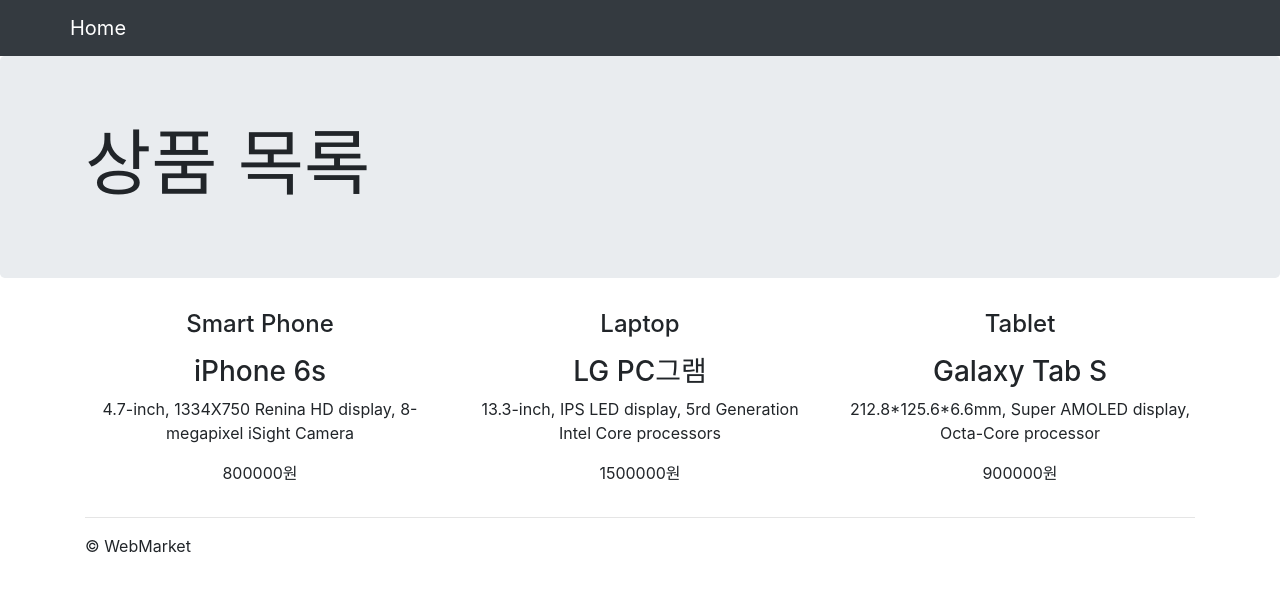
Repository: freedomseok8047/jsp
Page: http://localhost/WebMarket/products.jsp
An editor plug-in stored every save of this project. The page is shown before and after the next save, followed by the edit.
The browser window is 1280 px wide. The pictures show the whole page.
The page is served by Tomcat 9. Other server files are loaded and not shown.

Above is the page before, as saved 2023-08-24 02:34:20.

### WebMarket/src/main/webapp/products.jsp
<%@ page language="java" contentType="text/html; charset=UTF-8"
	pageEncoding="UTF-8"%>
<%@ page import="java.util.ArrayList"%>
<%@ page import="dto.Product"%>
<jsp:useBean id="productDAO" class="dao.ProductRepository"
	scope="session" />
<!DOCTYPE html>
<html>
<head>
<link rel="stylesheet"
	href="https://cdn.jsdelivr.net/npm/bootstrap@4.0.0/dist/css/bootstrap.min.css">
<meta charset="UTF-8">
<title>상품 목록</title>
</head>
<body>
	<jsp:include page="menu.jsp" />
	<div class="jumbotron">
		<div class="container">
			<h1 class="display-3">상품 목록</h1>
		</div>
	</div>
	<%
	ArrayList<Product> listOfProducts = productDAO.getAllProducts();
	%>

	<div class="container">
		<div class="row" align="center">
			<%
			for (int i = 0; i < listOfProducts.size(); i++) {
				Product product = listOfProducts.get(i);
			%>
			<div class="col-md-4">
				<h4><%=product.getCategory()%></h4>
				<p>
				<h3><%=product.getPname()%></h3>
				<p><%=product.getDescription()%>
				<p><%=product.getUnitPrice()%>원
			</div>
			<%
			}
			%>
		</div>
		<hr>
	</div>
	<jsp:include page="footer.jsp" />
</body>
</html>

### WebMarket/src/main/webapp/menu.jsp
<nav class="navbar navbar-expand navbar-dark bg-dark">
		<div class="container">
			<div class=" navbar-header">
				<a class="navbar-brand" href=" ./welcome.jsp">Home</a>
			</div>
		</div>
	</nav>

### WebMarket/src/main/webapp/footer.jsp
<footer class="container">
		<p>&copy; WebMarket</p>
	</footer>

### WebMarket/src/main/java/dao/ProductRepository.java
package dao;

import java.util.ArrayList;
import dto.Product;

public class ProductRepository {
	private ArrayList<Product> listOfProducts = new ArrayList<Product>();

public ProductRepository() {
	Product phone = new Product("P1234", "iPhone 6s" , 800000);
	phone.setDescription("4.7-inch, 1334X750 Renina HD display, 8-megapixel iSight Camera");
	phone.setCategory("Smart Phone");
	phone.setManufacturer("Apple");
	phone.setUnitsInStock(1000);
	phone.setCondition("NEW");

	Product laptop = new Product("P1235", "LG PC그램" , 1500000);
	laptop.setDescription("13.3-inch, IPS LED display, 5rd Generation Intel Core processors");
	laptop.setCategory("Laptop");
	laptop.setManufacturer("LG");
	laptop.setUnitsInStock(1000);
	laptop.setCondition("Refurbished");

	Product tablet = new Product("P1236", "Galaxy Tab S" , 900000);
	tablet.setDescription("212.8*125.6*6.6mm, Super AMOLED display, Octa-Core processor");
	tablet.setCategory("Tablet");
	tablet.setManufacturer("SAMSUNG");
	tablet.setUnitsInStock(1000);
	tablet.setCondition("Old");

	listOfProducts.add(phone);
	listOfProducts.add(laptop);
	listOfProducts.add(tablet);

}
	public ArrayList<Product> getAllProducts(){
		return listOfProducts;
	}

}

### WebMarket/src/main/java/dto/Product.java
package dto;

import java.io.Serializable;

public class Product implements Serializable{

	private static final long serialVersionUID = -4274700572038677000l;

	private String productId;
	private String pname;
	private Integer unitPrice;
	private String description;
	private String manufacturer;
	private String category;
	private long unitsInStock;
	private String condition;

	public Product() {
		super();
	}

	public Product(String productId, String pname, Integer unitPrice) {
		this.productId = productId;
		this.pname = pname;
		this.unitPrice = unitPrice;
	}

	public String getProductId() {
		return productId;
	}

	public void setProductId(String productId) {
		this.productId = productId;
	}

	public String getPname() {
		return pname;
	}

	public void setPname(String pname) {
		this.pname = pname;
	}

	public Integer getUnitPrice() {
		return unitPrice;
	}

	public void setUnitPrice(Integer unitPrice) {
		this.unitPrice = unitPrice;
	}

	public String getDescription() {
		return description;
	}

	public void setDescription(String description) {
		this.description = description;
	}

	public String getManufacturer() {
		return manufacturer;
	}

	public void setManufacturer(String manufacturer) {
		this.manufacturer = manufacturer;
	}

	public String getCategory() {
		return category;
	}

	public void setCategory(String category) {
		this.category = category;
	}

	public long getUnitsInStock() {
		return unitsInStock;
	}

	public void setUnitsInStock(long unitsInStock) {
		this.unitsInStock = unitsInStock;
	}

	public String getCondition() {
		return condition;
	}

	public void setCondition(String condition) {
		this.condition = condition;
	}

	public static long getSerialversionuid() {
		return serialVersionUID;
	}


}

After the next save:
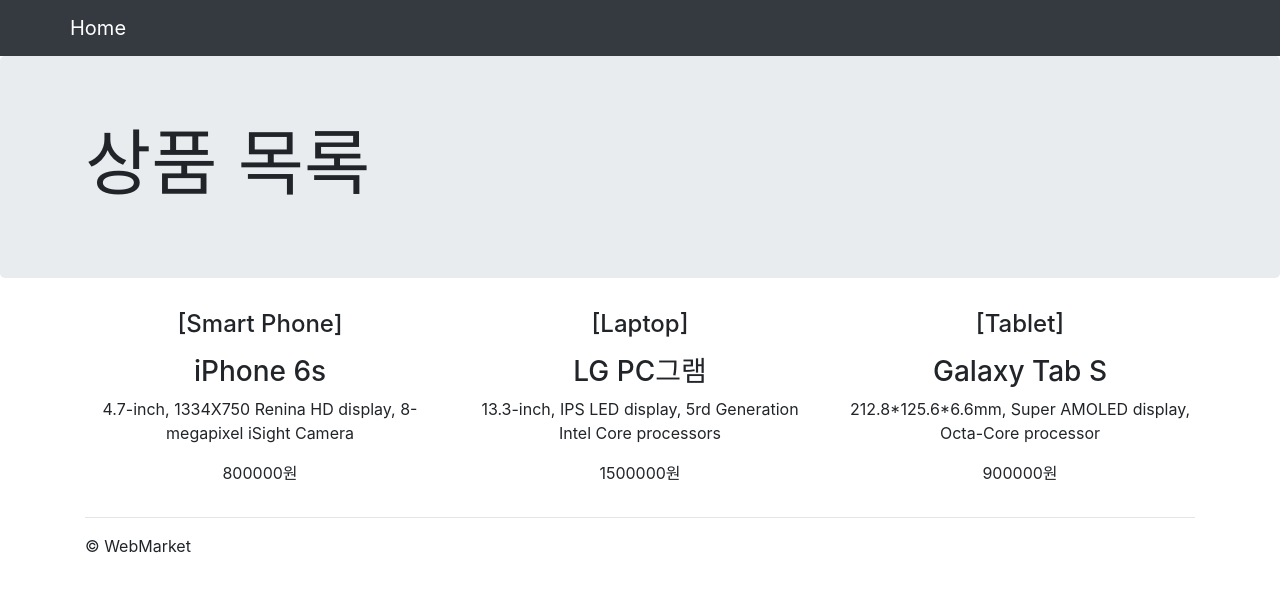
Saved 19 s later.
--- a/WebMarket/src/main/webapp/products.jsp
+++ b/WebMarket/src/main/webapp/products.jsp
@@ -30,7 +30,7 @@
 				Product product = listOfProducts.get(i);
 			%>
 			<div class="col-md-4">
-				<h4><%=product.getCategory()%></h4>
+				<h4>[<%=product.getCategory()%>]</h4>
 				<p>
 				<h3><%=product.getPname()%></h3>
 				<p><%=product.getDescription()%>
